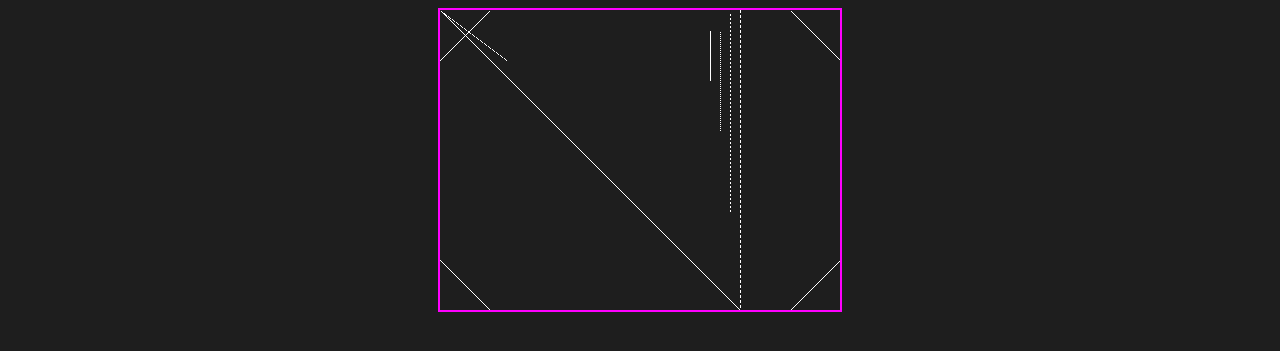
Repository: StarLightGX/miao
Page: paint.html
An editor plug-in stored every save of this project. The page is shown before and after the next save, followed by the edit.
The browser window is 1280 px wide. The pictures show the whole page.

Above is the page before, as saved 2020-11-12 20:14:39.

After the next save:
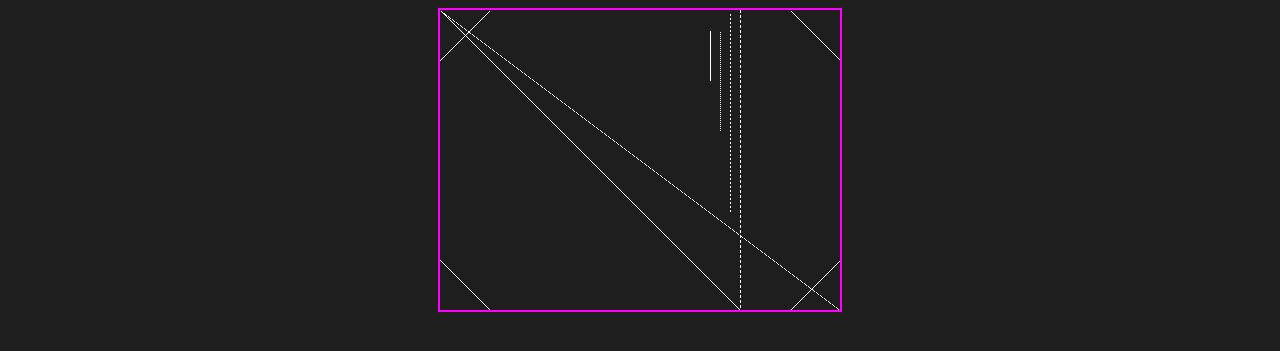
Saved 8 s later.
--- a/paint.html
+++ b/paint.html
@@ -152,7 +152,7 @@
 
     // 画一条跨越画布左上角和右下角的对角线
     y = 0;
-    for (i = 0; i < 50; i++) {
+    for (i = 0; i < 500; i++) {
       y = y + 1;
       x = (4 / 3) * y;
       dot(x, y);
